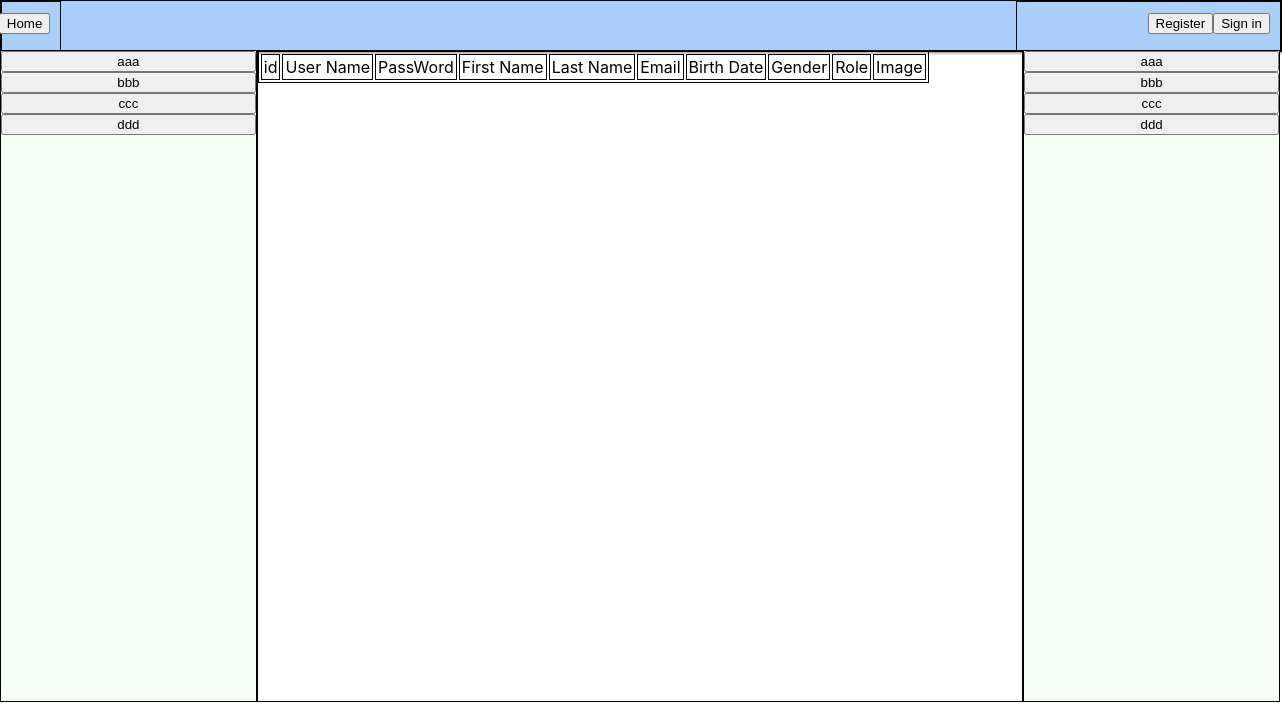
Repository: MichaelSodovski/website-client
Page: /users
The author's editor kept a copy of each file at every save. The page is drawn from the files as they stood at one save, then again after the next save.
The browser window is 1280 px wide. The page is 1282 px wide, so the pictures cover 1282 px, including what lies to the right of the window. The pictures show the whole page.
The page's requests for data from a server got no answer. The project was rebuilt for these pictures with package versions that can differ from the ones it lists, and the page was loaded fresh each time. No one was signed in, and anything a server would have sent is missing. Also part of the build but not shown: src/components/home/home.component.jsx, src/components/register/register.component.css, src/components/payment-info/payment.component.css, src/components/payment-info/payment.component.js, src/components/register/register.component.jsx, src/components/signIn/signIn.component.css, src/components/signIn/signIn.component.jsx.

Above is the page before, as saved 2022-05-14 22:20:29.

After the next save:
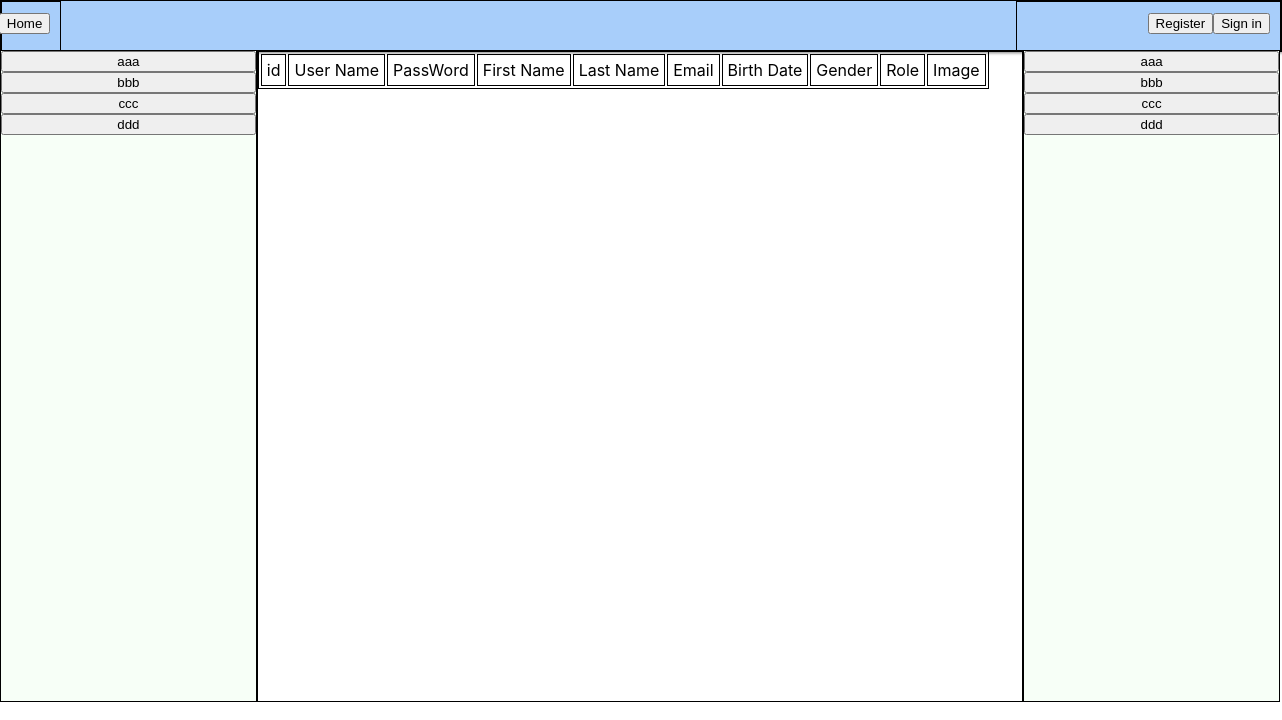
Saved 5 s later.
--- a/src/components/users/users.component.css
+++ b/src/components/users/users.component.css
@@ -4,5 +4,5 @@
 
 .table-users > tr, td {
     border: 1px solid black;
-    padding: 2px;
+    padding: 5px;
 }
